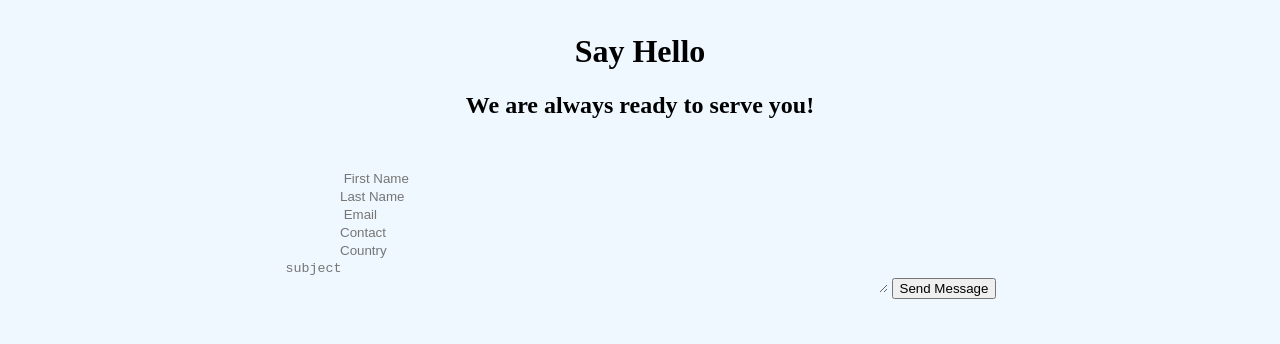
Repository: Owusuharriet/HW1-HAMAH.index.html
Page: index.htm
These files come from the project's save history. The page is drawn as it stood at one moment and after a run of saves; the edit follows.
The browser window is 1280 px wide. The pictures show the whole page.

Above is the page before, as saved 2020-08-03 23:12:28.

After the next 3 saves:
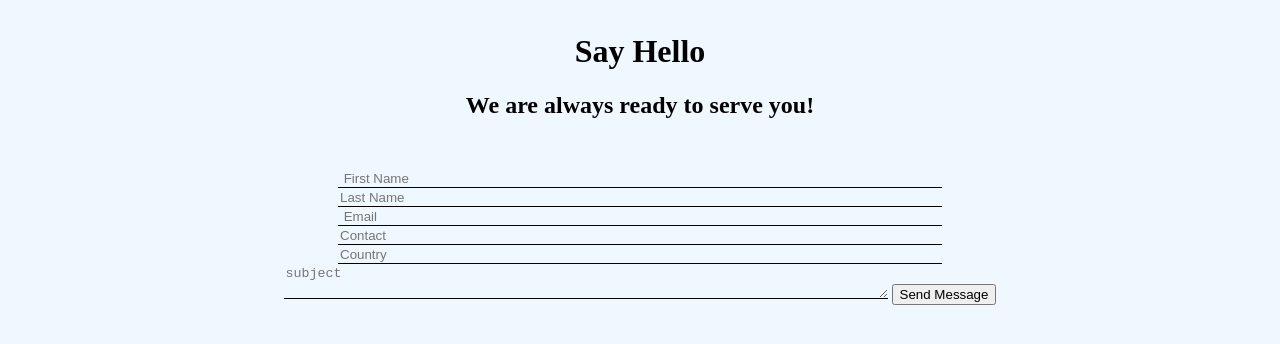
The 3 saves are shown as one change because they came seconds apart.
The last was saved 8 s later.
--- a/style.css
+++ b/style.css
@@ -34,5 +34,5 @@
     background: transparent;
     border: none;
     outline: none;
-    border-bottom: 1px;
+    border-bottom: 1px solid;
 }

After the save that followed:
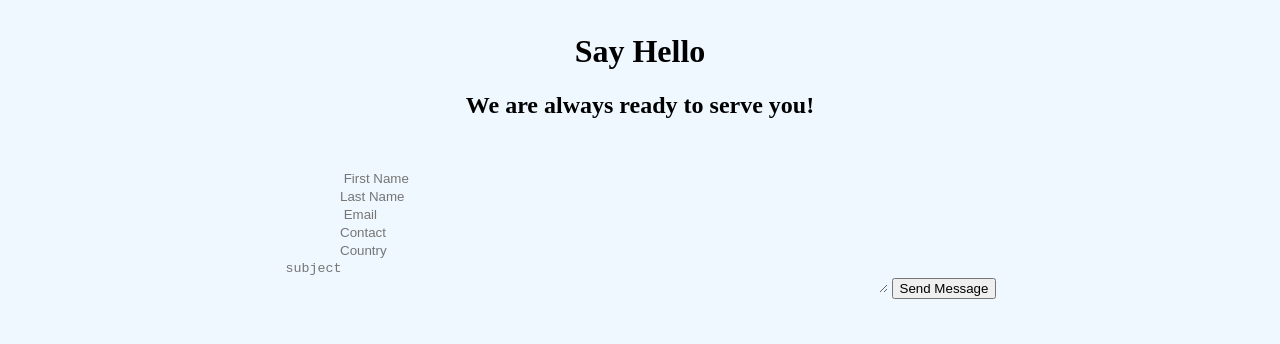
Saved 5 s later.
--- a/style.css
+++ b/style.css
@@ -34,5 +34,5 @@
     background: transparent;
     border: none;
     outline: none;
-    border-bottom: 1px solid;
+    border-bottom: 1px solid g;
 }
